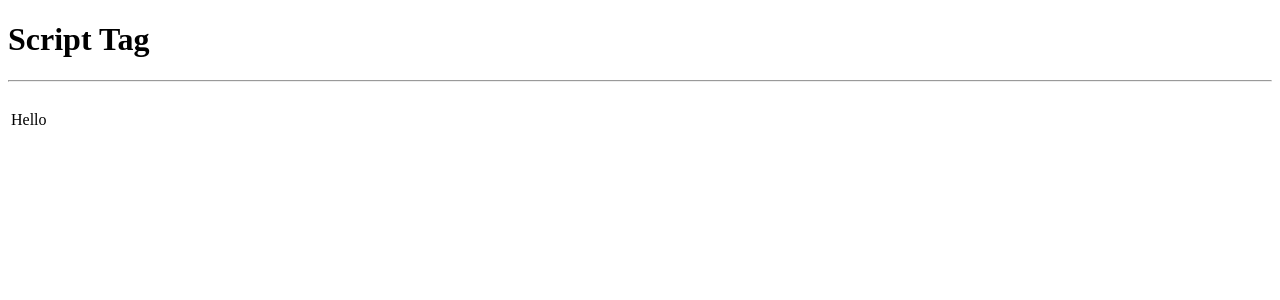
Repository: zxcvne/1400_web_nhs
Page: http://localhost/web/01_script_test.jsp
An editor plug-in stored every save of this project. The page is shown before and after the next save, followed by the edit.
The browser window is 1280 px wide. The pictures show the whole page.
The page is served by Tomcat 10. Other server files are loaded and not shown.

Above is the page before, as saved 2025-10-25 07:29:28.

### 05_jsp/src/web/src/main/webapp/01_script_test.jsp
<%@ page language="java" contentType="text/html; charset=UTF-8"
    pageEncoding="UTF-8"%>
<!DOCTYPE html>
<html>
<head>
<meta charset="UTF-8">
<title>JSP Example</title>
</head>
<body>
	<h1>Script Tag</h1>
	<hr>
	<!-- JSP Declaration -->
	<%!
		int count = 10;
		String makeLower(String data){
			return data.toLowerCase();
		}
	%>
	<br>
	<table>
	<tr> <td>Hello</td> </tr>
	</table>

</body>
</html>

After the next save:
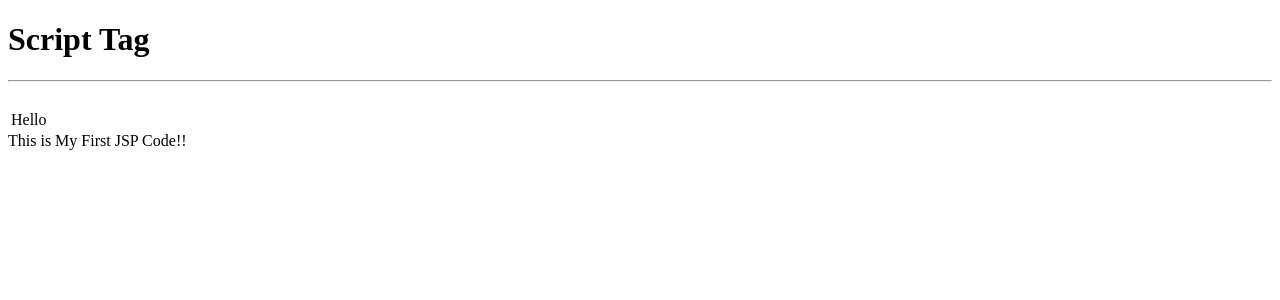
Saved 80 s later.
--- a/05_jsp/src/web/src/main/webapp/01_script_test.jsp
+++ b/05_jsp/src/web/src/main/webapp/01_script_test.jsp
@@ -18,8 +18,12 @@
 	%>
 	<br>
 	<table>
-	<tr> <td>Hello</td> </tr>
+	<tr><td>Hello</td></tr>
 	</table>
+	<!-- JSP Scriptlet -->
+	<%
+		out.println("This is My First JSP Code!! <br />");
+	%>
 
 </body>
 </html>
